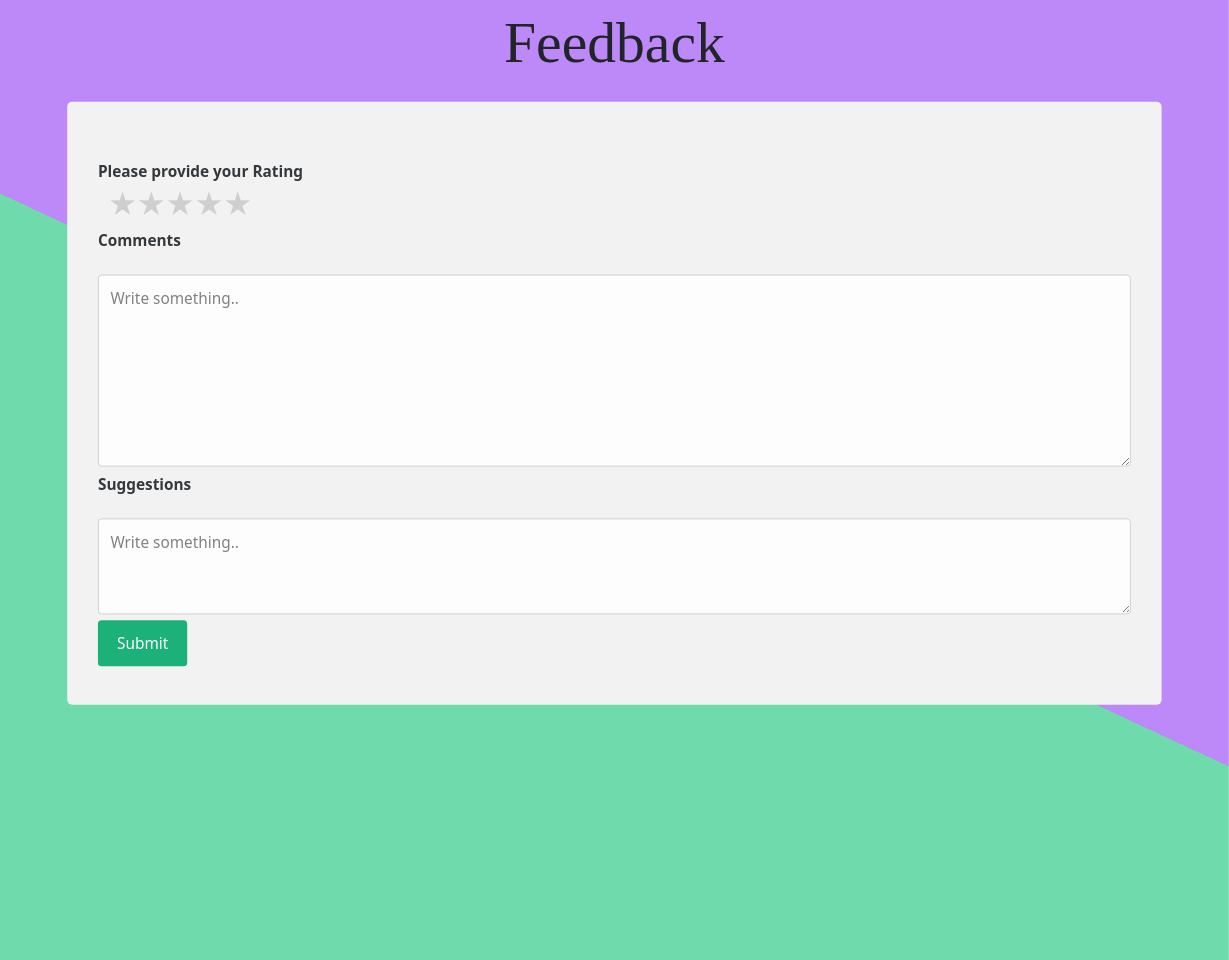
Repository: poornasyamasundar/Software-Project-Manager
Page: SoftwareManager/Templates/feedback.html
An editor plug-in stored every save of this project. The page is shown before and after the next save, followed by the edit.
The browser window is 1280 px wide. The pictures show the whole page, at 96% of full size.

Above is the page before, as saved 2021-10-23 21:54:25.

### SoftwareManager/Templates/feedback.html
<!DOCTYPE html>
<html>
	<head>
		<link rel = 'stylesheet' href = 'feedback.css'>
		<link href="https://cdn.jsdelivr.net/npm/bootstrap@5.0.2/dist/css/bootstrap.min.css" rel="stylesheet" integrity="sha384-EVSTQN3/azprG1Anm3QDgpJLIm9Nao0Yz1ztcQTwFspd3yD65VohhpuuCOmLASjC" crossorigin="anonymous">
		<title>
			Feedback
		</title>
        <!-- <style>
            body {font-family: Arial, Helvetica, sans-serif;
                background-color: #4BDBC3;
                background-image: -webkit-linear-gradient(65deg, #6fdaab  50%,  #bd88f8 50%);
                min-height: 1000px;
            }
            * {box-sizing: border-box;}

            input[type=text], select, textarea {
              width: 100%;
              padding: 12px;
              border: 1px solid #ccc;
              border-radius: 4px;
              box-sizing: border-box;
              margin-top: 6px;
              margin-bottom: 16px;
              resize: vertical;
            }

            input[type=submit] {
              background-color: #04AA6D;
              color: white;
              padding: 12px 20px;
              border: none;
              border-radius: 4px;
              cursor: pointer;
            }

            input[type=submit]:hover {
              background-color: #45a049;
            }

            .container {
              border-radius: 5px;
              background-color: #f2f2f2;
              padding: 20px;
              margin-top: 10px;
            }



            *{
                margin: 0;
                padding: 0px;
            }
            .rate {
                float: left;
                height: 46px;
                padding: 0 10px;
            }
            .rate:not(:checked) > input {
                position:absolute;
                top:-9999px;
            }
            .rate:not(:checked) > label {
                float:right;
                width:1em;
                overflow:hidden;
                white-space:nowrap;
                cursor:pointer;
                font-size:30px;
                color:#ccc;
            }
            .rate:not(:checked) > label:before {
                content: '★ ';
            }
            .rate > input:checked ~ label {
                color: #ffc700;
            }
            .rate:not(:checked) > label:hover,
            .rate:not(:checked) > label:hover ~ label {
                color: #deb217;
            }
            .rate > input:checked + label:hover,
            .rate > input:checked + label:hover ~ label,
            .rate > input:checked ~ label:hover,
            .rate > input:checked ~ label:hover ~ label,
            .rate > label:hover ~ input:checked ~ label {
                color: #c59b08;
            }

            p{
                font-family:serif;
                font-size: 60px;
            }
            </style> -->
	</head>
	<body>

        <p align="center" >Feedback</p>


<div class="container">
    <div id="ui">
  <form action="" method="POST">

    <label for="rating">Please provide your Rating</label>
    <br>
    <div class="rate">
        <input type="radio" id="star5" name="rate" value="5" />
        <label for="star5" title="text">5 stars</label>
        <input type="radio" id="star4" name="rate" value="4" />
        <label for="star4" title="text">4 stars</label>
        <input type="radio" id="star3" name="rate" value="3" />
        <label for="star3" title="text">3 stars</label>
        <input type="radio" id="star2" name="rate" value="2" />
        <label for="star2" title="text">2 stars</label>
        <input type="radio" id="star1" name="rate" value="1" />
        <label for="star1" title="text">1 star</label>
      </div>

      <br>

      <br>

    <label for="comments">Comments</label>
    <br>
    <br>
    <textarea id="comments" name="comments" placeholder="Write something.." style="height:200px"></textarea>

    <label for="suggestions">Suggestions</label>
    <br>
    <br>
    <textarea id="suggestions" name="suggestions" placeholder="Write something.." style="height:100px"></textarea>


    <input type="submit" value="Submit">
  </form>
</div>
</div>

    </body>
</html>

### SoftwareManager/Templates/feedback.css
body {font-family: Arial, Helvetica, sans-serif;
    background-color: #4BDBC3;
    background-image: -webkit-linear-gradient(65deg, #6fdaab  50%,  #bd88f8 50%);
    min-height: 1000px;
}
#ui {
	/* background-color: #333; */
	padding: 20px;
	margin-top: 20px;
	border-radius: 10px;
	opacity: 0.9;
	font-weight: bold;
  }

* {box-sizing: border-box;}

input[type=text], select, textarea {
  width: 100%;
  padding: 12px;
  border: 1px solid #ccc;
  border-radius: 4px;
  box-sizing: border-box;
  margin-top: 6px;
  margin-bottom: 16px;
  resize: vertical;
}

input[type=submit] {
  background-color: #04AA6D;
  color: white;
  padding: 12px 20px;
  border: none;
  border-radius: 4px;
  cursor: pointer;
}

input[type=submit]:hover {
  background-color: #45a049;
}

.container {
  border-radius: 5px;
  background-color: #f2f2f2;
  padding: 20px;
  margin-top: 10px;
}



*{
    margin: 0;
    padding: 0px;
}
.rate {
    float: left;
    height: 46px;
    padding: 0 10px;
}
.rate:not(:checked) > input {
    position:absolute;
    top:-9999px;
}
.rate:not(:checked) > label {
    float:right;
    width:1em;
    overflow:hidden;
    white-space:nowrap;
    cursor:pointer;
    font-size:30px;
    color:#ccc;
}
.rate:not(:checked) > label:before {
    content: '★ ';
}
.rate > input:checked ~ label {
    color: #ffc700;
}
.rate:not(:checked) > label:hover,
.rate:not(:checked) > label:hover ~ label {
    color: #deb217;
}
.rate > input:checked + label:hover,
.rate > input:checked + label:hover ~ label,
.rate > input:checked ~ label:hover,
.rate > input:checked ~ label:hover ~ label,
.rate > label:hover ~ input:checked ~ label {
    color: #c59b08;
}

p{
    font-family:serif;
    font-size: 60px;
}

After the next save:
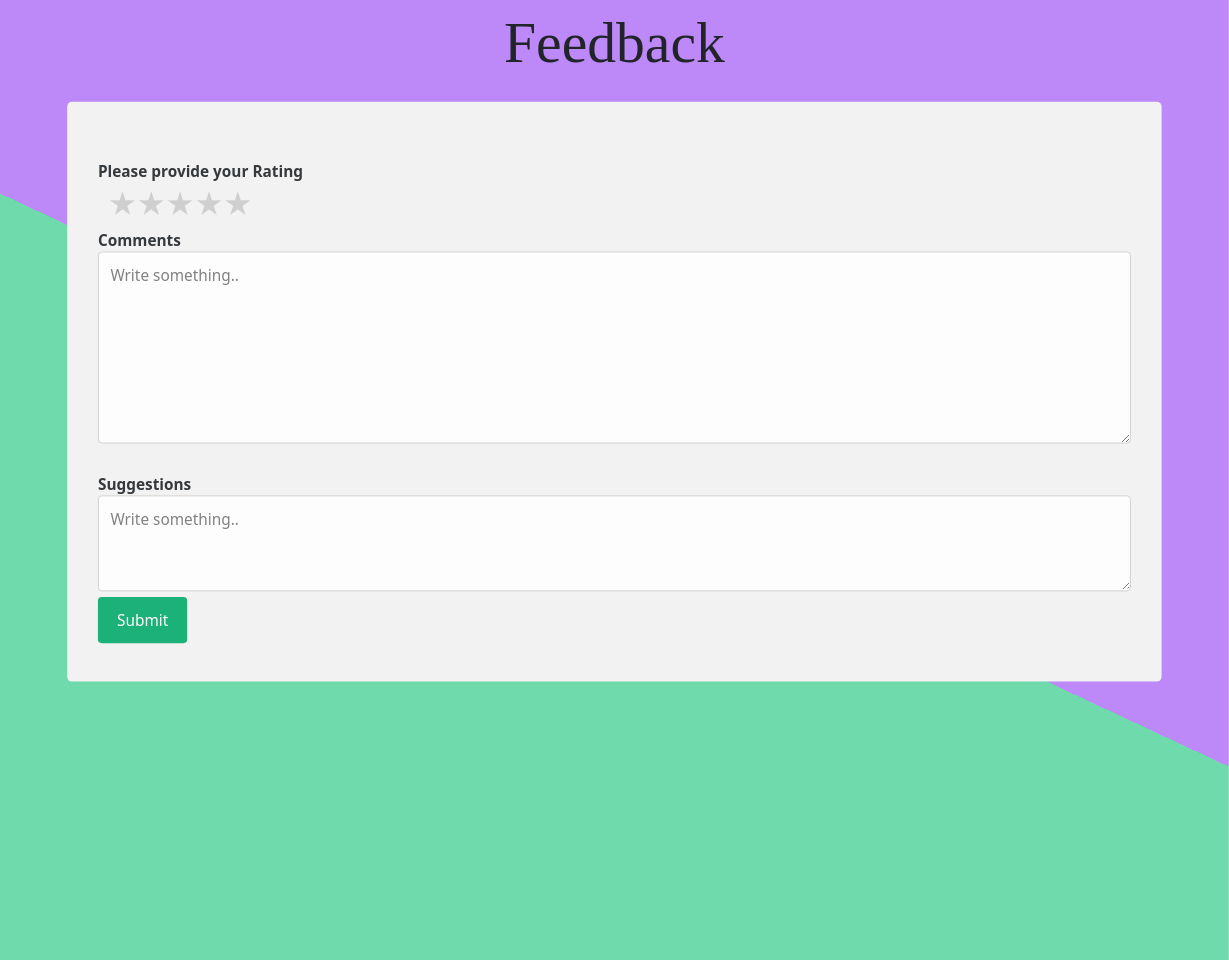
Saved 26 s later.
--- a/SoftwareManager/Templates/feedback.html
+++ b/SoftwareManager/Templates/feedback.html
@@ -122,13 +122,12 @@
       <br>
 
     <label for="comments">Comments</label>
+
+    <textarea id="comments" name="comments" placeholder="Write something.." style="height:200px"></textarea>
     <br>
     <br>
-    <textarea id="comments" name="comments" placeholder="Write something.." style="height:200px"></textarea>
+    <label for="suggestions">Suggestions</label>
 
-    <label for="suggestions">Suggestions</label>
-    <br>
-    <br>
     <textarea id="suggestions" name="suggestions" placeholder="Write something.." style="height:100px"></textarea>
 
 
